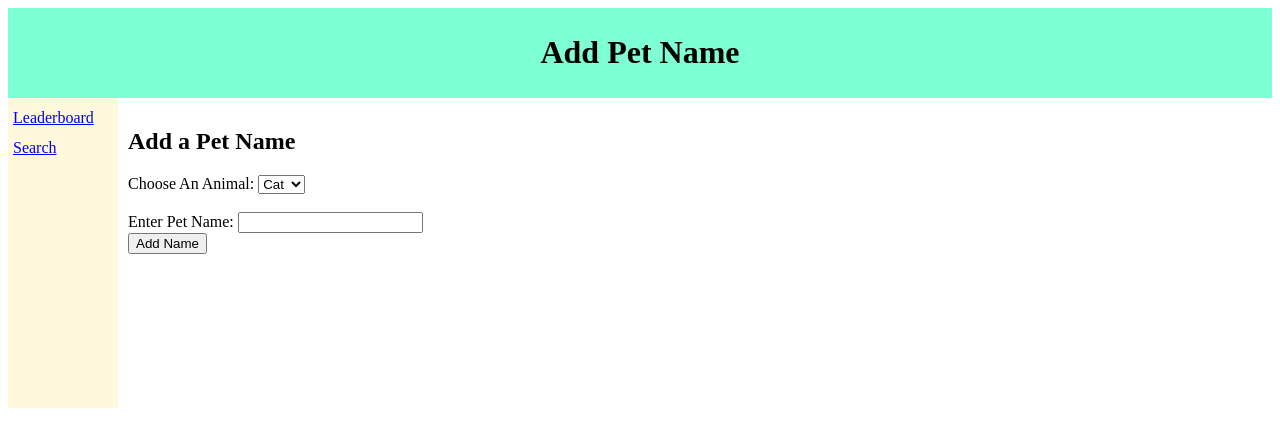
Repository: mutterbucket/TriplettTermProject4830
Page: workspaceCSCI4830-tech-excercise-Triplett/techExcerciseTriplett/WebContent/add_name.html
An editor plug-in stored every save of this project. The page is shown before and after the next save, followed by the edit.
The browser window is 1280 px wide. The pictures show the whole page.

Above is the page before, as saved 2020-02-21 23:01:09.

### workspaceCSCI4830-tech-excercise-Triplett/techExcerciseTriplett/WebContent/add_name.html
<!DOCTYPE html>
<html>
<head>
<meta charset="ISO-8859-1">
<style type="text/css">
header {
    background-color:aquamarine;
    color: black;
    text-align: center;
    padding: 5px;
}
nav {
    line-height:30px;
    background-color:cornsilk;
    height:300px;
    width:100px;
    float:left;
    padding:5px;
}
section {
    width:350px;
    float:left;
    padding:10px;
}
footer {
    background-color:19FFBD;
    color:black;
    clear:both;
    text-align:center;
    padding:5px;
}
</style>
</head>
<body>
<header>
<h1>Add Pet Name</h1>
</header>

<nav>
<a href="/techExcerciseTriplett/leaderboard.html">Leaderboard</a> <br>
<a href="/techExcerciseTriplett/home_search.html">Search</a> <br>
</nav>

<section>
	<h1>Add a Pet Name</h1>

	<form action="SearchNames" method="POST">
		<label for="pets">Choose An Animal: </label>
		<select id="pets">
  			<option value="cat">Cat</option>
  			<option value="dog">Dog</option>
  			<option value="bird">Bird</option>
		</select>
    	<br><br>
		Enter Pet Name: <input type="text" name="keyword"> <br />

		<input type="submit" value="Add Name" />
	</form>

</section>

</body>
</html>

After the next save:
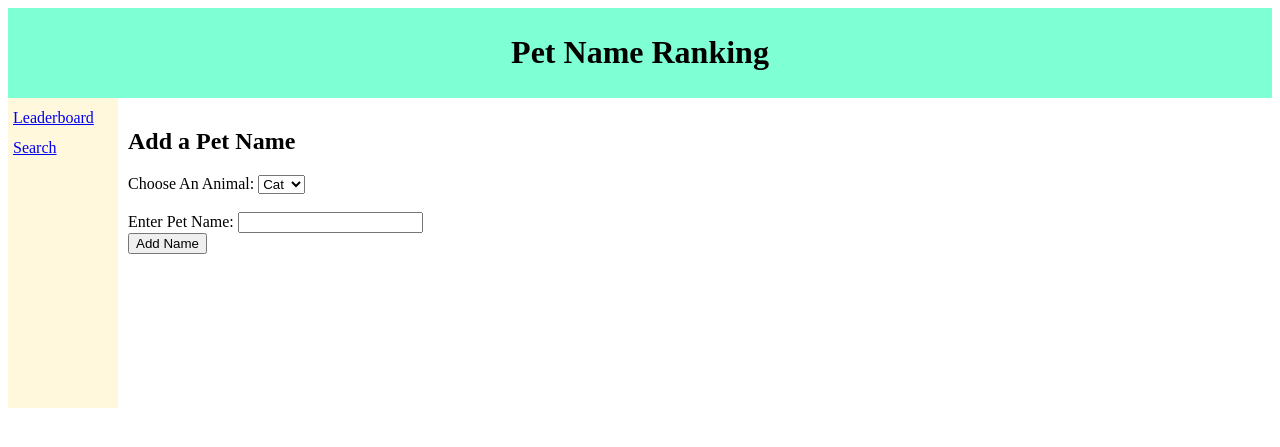
Saved 37 s later.
--- a/workspaceCSCI4830-tech-excercise-Triplett/techExcerciseTriplett/WebContent/add_name.html
+++ b/workspaceCSCI4830-tech-excercise-Triplett/techExcerciseTriplett/WebContent/add_name.html
@@ -33,7 +33,7 @@ footer {
 </head>
 <body>
 <header>
-<h1>Add Pet Name</h1>
+<h1>Pet Name Ranking</h1>
 </header>
 
 <nav>
